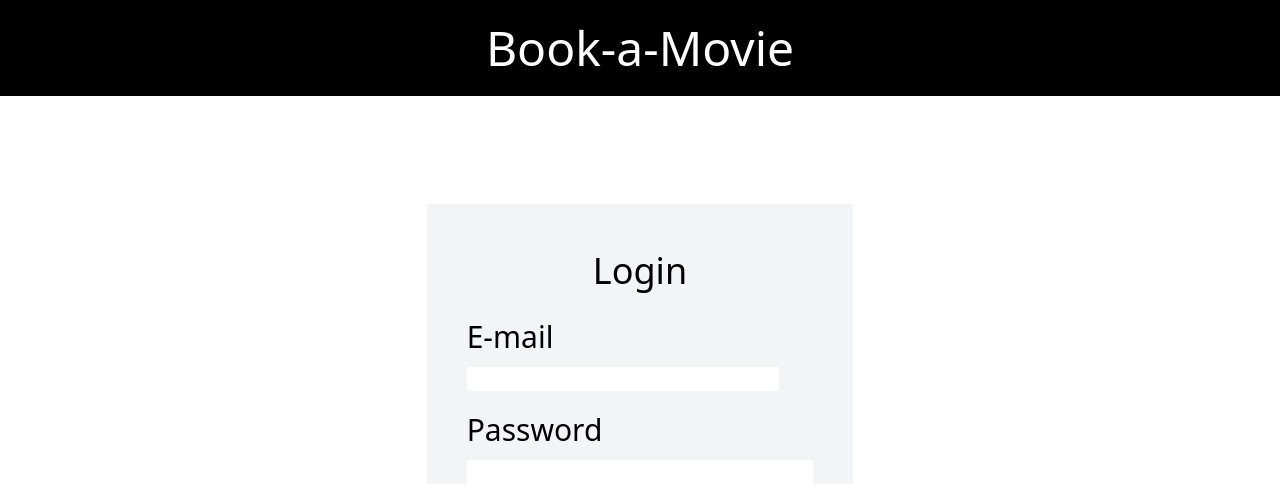
Repository: BhumilModi/movie-booking-app-assignment
Page: /
An editor plug-in stored every save of this project. The page is shown before and after the next save, followed by the edit.
The browser window is 1280 px wide. The pictures show the whole page.
The project was rebuilt for these pictures with package versions that can differ from the ones it lists, and the page was loaded fresh each time. Also part of the build but not shown: src/App.css.

Above is the page before, as saved 2022-11-29 18:14:40.

### src/App.js
import './App.css';
import Login from './components/Login';
import Navbar from './components/Navbar';

function App() {
  return (
    <div>
      <Login />
    </div>
  );
}

export default App;

### src/components/Login.jsx
import React from "react";
import Navbar from "./Navbar";

function Login() {
  return (
    <div className="flex flex-col justify-center items-center">
      <Navbar />
      <div className="h-[40vh] bg-gray-100 w-1/3 my-[15vh] flex flex-col p-[40px]">
        <div className="text-[36px] mx-auto">Login</div>
        <div className="text-[30px] mt-4 mb-2">E-mail</div>
        <input type="text" className="w-[90%] border-2-black" />
        <div className="text-[30px] mt-4 mb-2">Password</div>
        <input type="password" />
      </div>
    </div>
  );
}

export default Login;

### src/components/Navbar.jsx
import React from "react";

function Navbar() {
  return (
    <div className="h-24 bg-black flex justify-center items-center w-full">
      <div className="text-white text-[48px]">Book-a-Movie</div>
    </div>
  );
}

export default Navbar;

Loaded but not shown: public/index.html (common file); src/index.js (common file); src/index.css (common file); tailwind.config.js (common file)

After the next save:
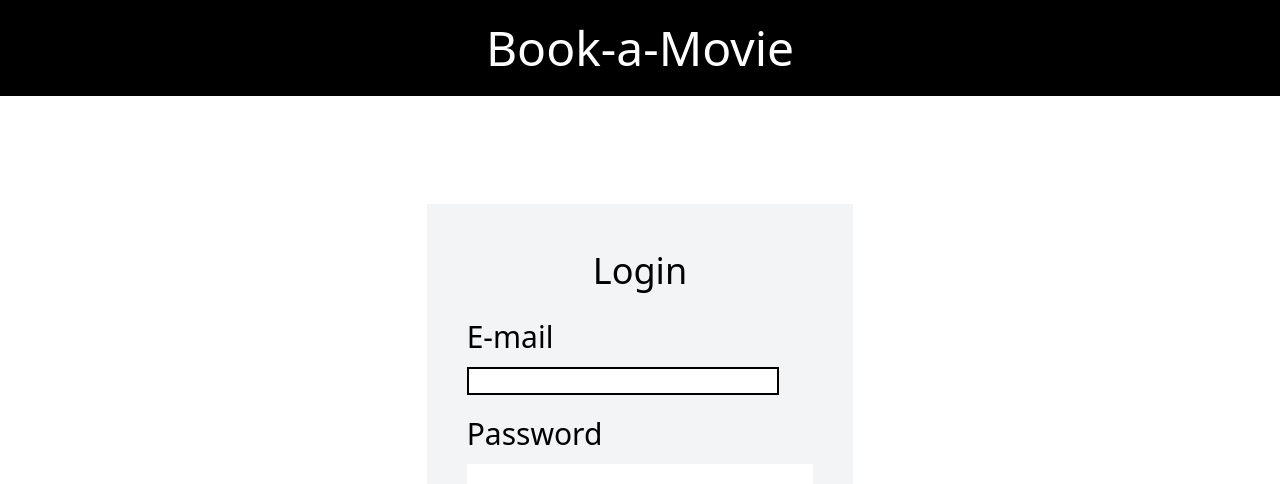
Saved 13 s later.
--- a/src/components/Login.jsx
+++ b/src/components/Login.jsx
@@ -8,7 +8,7 @@ function Login() {
       <div className="h-[40vh] bg-gray-100 w-1/3 my-[15vh] flex flex-col p-[40px]">
         <div className="text-[36px] mx-auto">Login</div>
         <div className="text-[30px] mt-4 mb-2">E-mail</div>
-        <input type="text" className="w-[90%] border-2-black" />
+        <input type="text" className="w-[90%] border-2 border-black" />
         <div className="text-[30px] mt-4 mb-2">Password</div>
         <input type="password" />
       </div>
